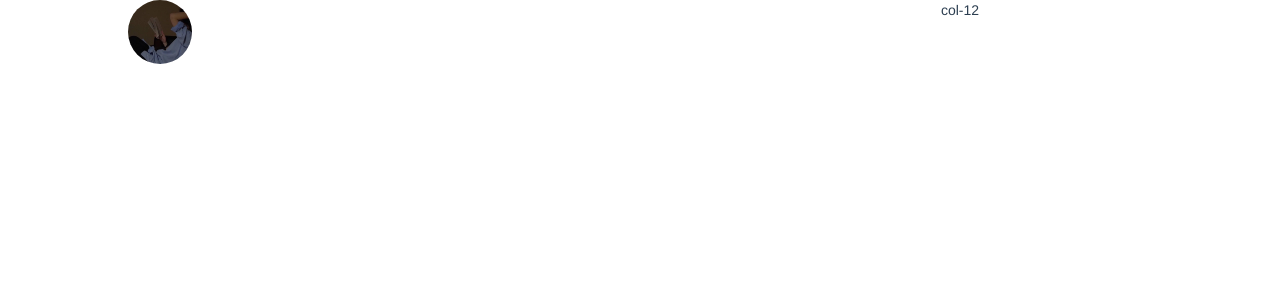
Repository: GitDjAr/blog
Page: / (app in myblog/)
The author's editor kept a copy of each file at every save. The page is drawn from the files as they stood at one save, then again after the next save.
The browser window is 1280 px wide. The pictures show the whole page.
The project was rebuilt for these pictures with package versions that can differ from the ones it lists, and the page was loaded fresh each time. Also part of the build but not shown: myblog/webpack.config.js.

Above is the page before, as saved 2020-12-10 18:49:45.

After the next save:
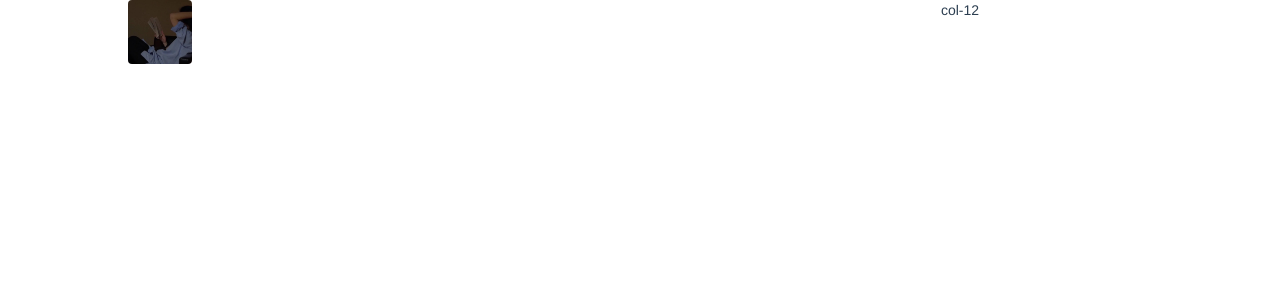
Saved 14 s later.
--- a/myblog/src/views/header/header.vue
+++ b/myblog/src/views/header/header.vue
@@ -3,7 +3,7 @@
 <div class="header-x">
   <a-row>
     <a-col :span="6">
-      <a-avatar shape="userimg" :src='userimg' :size="64" icon="user" />
+      <a-avatar shape="square" :src='userimg' :size="64" icon="user" />
     </a-col>
     <a-col :span="12" :offset='6'>
       col-12
